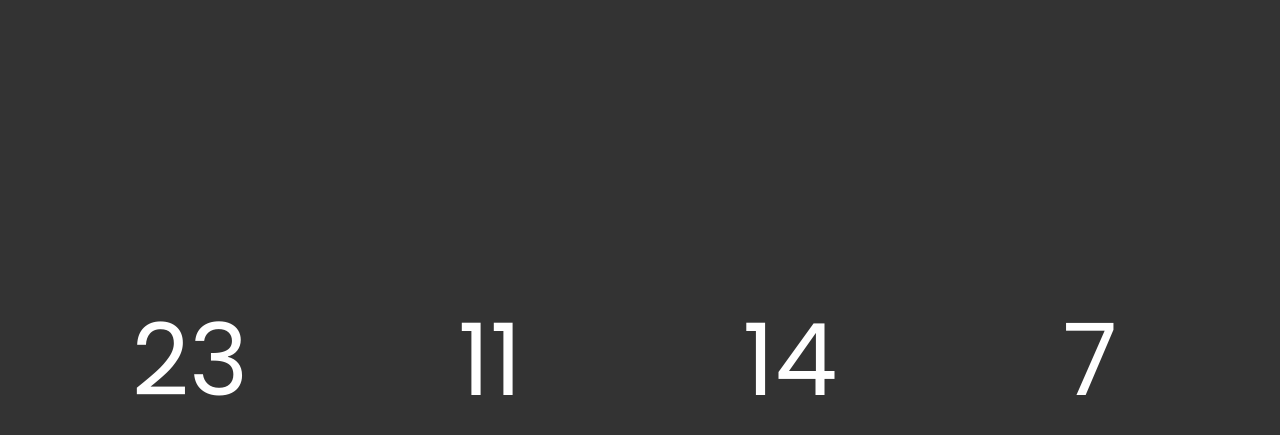
Repository: LeTanTru/All-Code
Page: Countown/index.html
These files come from the project's save history. The page is drawn as it stood at one moment and after the next save; the edit follows.
The browser window is 1280 px wide. The pictures show the whole page.

Above is the page before, as saved 2022-12-29 12:57:11.

### Countown/index.html
<!DOCTYPE html>
<html lang="en">

<head>
    <meta charset="UTF-8">
    <meta http-equiv="X-UA-Compatible" content="IE=edge">
    <meta name="viewport" content="width=device-width, initial-scale=1.0">
    <link rel="icon" type="image/x-icon" href="https://encrypted-tbn0.gstatic.com/images?q=tbn:ANd9GcQIQh1eX0Q6u5cD437ia0Gx8Band5tZZqGc_A&usqp=CAU">
    <title>Countdown</title>
    <link rel="stylesheet" href="./style.css">
    <link rel="preconnect" href="https://fonts.googleapis.com">
    <link rel="preconnect" href="https://fonts.gstatic.com" crossorigin>
    <link href="https://fonts.googleapis.com/css2?family=Poppins:wght@400;500&display=swap" rel="stylesheet">
</head>


<body>
    <div class="wrapper">
        <div class="countdown">
            <h3 class="countdown-css days"></h3>
            <h3 class="countdown-css hours"></h3>
            <h3 class="countdown-css minutes"></h3>
            <h3 class="countdown-css seconds"></h3>
        </div>
    </div>
    <script src="./countdown.js"></script>
</body>

</html>

### Countown/style.css
*,
*::before,
*::after {
  box-sizing: border-box;
}

* {
  margin: 0;
  padding: 0;
  font: inherit;
}

body {
  line-height: 1.5;
}

img,
picture,
video,
canvas,
svg {
  display: block;
  max-width: 100%;
}

input,
button,
textarea,
select {
  outline: none;
}

p,
h1,
h2,
h3,
h4,
h5,
h6 {
  overflow-wrap: break-word;
}

* {
  border: 0;
  padding: 0;
  margin: 0;
  box-sizing: border-box;
}

body {
  background-color: #333;
}

html {
  font-family: "Poppins", sans-serif;
}

.wrapper {
  display: flex;
  align-items: center;
  justify-content: center;
  height: 100vh;
}

.countdown {
  width: 1200px;
  height: 300px;
  border-radius: 15px;
  display: flex;
  transition: all linear 0.5s;
  position: relative;
  color: white;
}

.countdown.open {
  background-color: rgba(100, 73, 74, 0.5);
}

.countdown-css {
  display: inline-block;
  width: 33.33333333%;
  height: 300px;
  line-height: 300px;
  text-align: center;
  font-size: 100px;
  pointer-events: none;
  transition: all linear 0.5s;
}

### Countown/countdown.js
const daysEle = document.querySelector(".days");
const hoursEle = document.querySelector(".hours");
const minutesEle = document.querySelector(".minutes");
const secondsEle = document.querySelector(".seconds");

console.log({ daysEle, hoursEle, minutesEle, secondsEle });

const date = new Date();
const dateEnd = new Date("1/22/2023");
const difference = dateEnd.getTime() - date.getTime();
const days = Math.floor(difference / (1000 * 86400));
const hours = Math.floor(difference / (1000 * 3600) - days * 24);
const minutes = Math.floor(
  (difference / (1000 * 3600) - days * 24 - hours) * 60
);
const seconds = Math.floor(
  ((difference / (1000 * 3600) - days * 24 - hours) * 60 - minutes) * 60
);
daysEle.innerText = days;
hoursEle.innerText = hours;
minutesEle.innerText = minutes;
secondsEle.innerText = seconds;

setInterval(() => {
  const date = new Date();
  const dateEnd = new Date("1/22/2023");
  const difference = dateEnd.getTime() - date.getTime();
  const days = Math.floor(difference / (1000 * 86400));
  const hours = Math.floor(difference / (1000 * 3600) - days * 24);
  const minutes = Math.floor(
    (difference / (1000 * 3600) - days * 24 - hours) * 60
  );
  const seconds = Math.floor(
    ((difference / (1000 * 3600) - days * 24 - hours) * 60 - minutes) * 60
  );
  daysEle.innerText = days;
  hoursEle.innerText = hours;
  minutesEle.innerText = minutes;
  secondsEle.innerText = seconds;
  // console.log({ days, hours, minutes, seconds });
}, 1000);

After the next save:
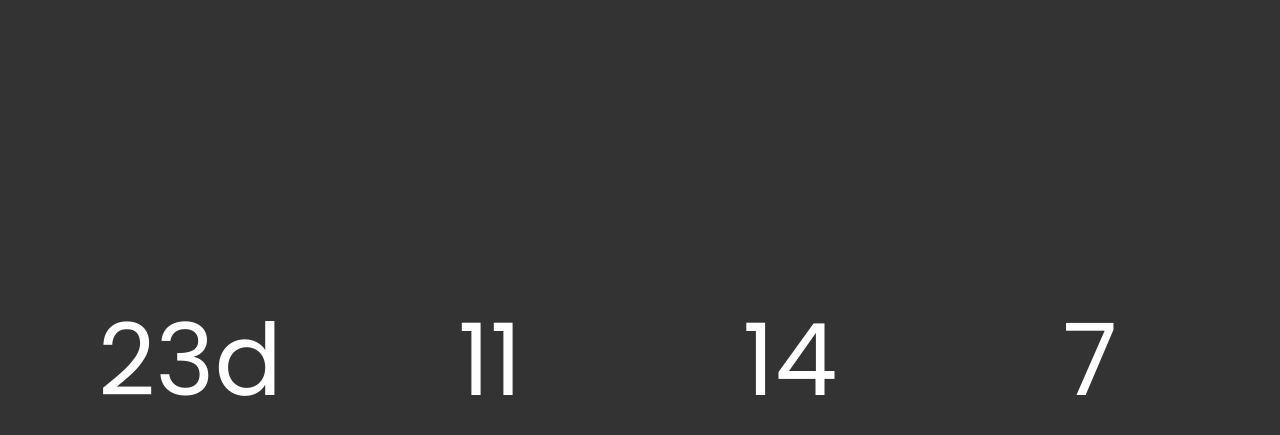
Saved 88 s later.
--- a/Countown/countdown.js
+++ b/Countown/countdown.js
@@ -33,7 +33,7 @@ setInterval(() => {
   const seconds = Math.floor(
     ((difference / (1000 * 3600) - days * 24 - hours) * 60 - minutes) * 60
   );
-  daysEle.innerText = days;
+  daysEle.innerText = days + 'd';
   hoursEle.innerText = hours;
   minutesEle.innerText = minutes;
   secondsEle.innerText = seconds;
